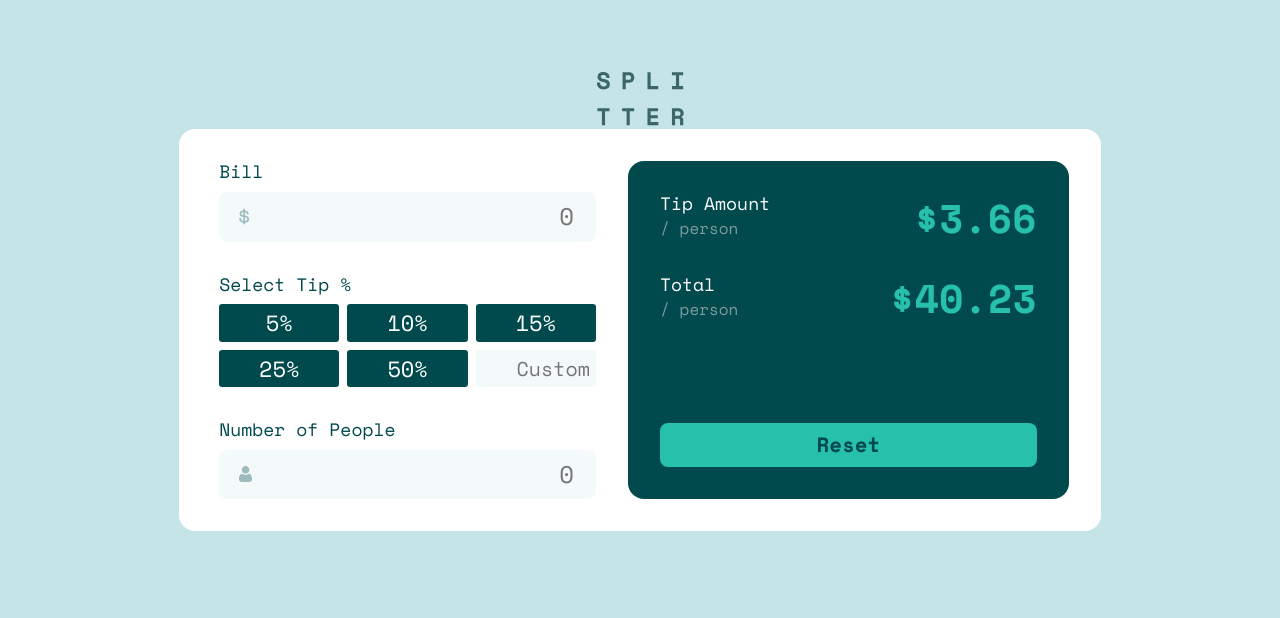
Repository: Jay-JYKim91/FM_tip-calculator
Page: index.html
An editor plug-in stored every save of this project. The page is shown before and after the next save, followed by the edit.
The browser window is 1280 px wide. The pictures show the whole page.

Above is the page before, as saved 2021-12-21 22:48:35.

### index.html
<!DOCTYPE html>
<html lang="en">
<head>
  <meta charset="UTF-8">
  <meta name="viewport" content="width=device-width, initial-scale=1.0"> <!-- displays site properly based on user's device -->

  <link rel="icon" type="image/png" sizes="32x32" href="./images/favicon-32x32.png">

  <title>Tip calculator</title>
  <link rel="preconnect" href="https://fonts.googleapis.com">
  <link rel="preconnect" href="https://fonts.gstatic.com" crossorigin>
  <link href="https://fonts.googleapis.com/css2?family=Space+Mono:wght@400;700&display=swap" rel="stylesheet">
  <link rel="stylesheet" href="https://cdnjs.cloudflare.com/ajax/libs/normalize/8.0.1/normalize.min.css" integrity="sha512-NhSC1YmyruXifcj/KFRWoC561YpHpc5Jtzgvbuzx5VozKpWvQ+4nXhPdFgmx8xqexRcpAglTj9sIBWINXa8x5w==" crossorigin="anonymous" referrerpolicy="no-referrer" />
  <link rel="stylesheet" href="style.css">
  <script src="main.js" defer></script>

</head>
<body>
  <main class="container">
    <header>
      <img src="./images/logo.svg" alt="logo">
    </header>
    <section class="calculator_wrapper">
      <article class="input_wrapper">
        <div>
          <p class="title">Bill</p>
          <div class="input_form">
            <img src="./images/icon-dollar.svg" alt="dollar">
            <input type="tel" placeholder="0" id="input">
          </div>
        </div>
        <div>
          <p class="title">Select Tip %</p>
          <div class="tip_options">
            <button class="tip_option">5%</button>
            <button class="tip_option">10%</button>
            <button class="tip_option">15%</button>
            <button class="tip_option">25%</button>
            <button class="tip_option">50%</button>
            <input type="tel" id="custom_tip" class="tip_option" placeholder="Custom" autocomplete="off">
          </div>
        </div>
        <div>
          <p class="title">Number of People</p>
          <div class="input_form">
            <img src="./images/icon-person.svg" alt="person">
            <input type="tel" placeholder="0">
          </div>
        </div>
      </article>
      <article class="result_wrapper">
        <div class="result_rows">
          <div class="result_row">
            <div class="result_title_wrapper">
              <p class="title">Tip Amount</p>
              <p class="subtitle">/ person</p>
            </div>
            <p id="tipAmountPrice" class="display_result">$3.66</p>
          </div>
          <div class="result_row">
            <div class="result_title_wrapper">
              <p class="title">Total</p>
              <p class="subtitle">/ person</p>
            </div>
            <p id="totalPrice" class="display_result">$40.23</p>
          </div>
        </div>
        <div>
          <button id="resetBtn">Reset</button>
        </div>
      </article>
    </section>
  </main>
</body>
</html>

### style.css
:root {
  --body-font: "Space Mono", monospace;

  --strong-cyan: hsl(172, 67%, 45%);
  --very-dark-cyan: hsl(183, 100%, 15%);
  --dark-grayish-cyan1: hsl(186, 14%, 43%);
  --dark-grayish-cyan2: hsl(184, 14%, 56%);
  --light-grayish-cyan1: hsl(185, 41%, 84%);
  --light-grayish-cyan2: hsl(189, 41%, 97%);
  --white: hsl(0, 0%, 100%);
}
body {
  background-color: var(--light-grayish-cyan1);
  font-family: var(--body-font);
}
.container {
  margin: 10vh 14vw;
}
header {
  text-align: center;
}
.calculator_wrapper {
  background-color: var(--white);
  display: flex;
  justify-content: space-between;
  padding: 2rem;
  border-radius: 1rem;
}
.input_wrapper {
  flex-basis: 50%;
  padding: 0 2em 0 0.5em;
}
.input_wrapper div {
  margin-bottom: 2rem;
}
.input_wrapper div:last-child {
  margin-bottom: 0;
}
.tip_options {
  display: grid;
  grid-template-columns: repeat(3, 1fr);
  grid-gap: 0.5em;
}
.tip_option {
  border: none;
  background-color: var(--very-dark-cyan);
  color: var(--white);
  font-family: var(--body-font);
  padding: 6px;
  font-size: 22px;
  border-radius: 0.2rem;
  cursor: pointer;
  transition: all 0.1s ease-in-out;
}
.tip_option:hover {
  background-color: var(--light-grayish-cyan1);
  color: var(--very-dark-cyan);
}
.tip_option:focus {
  background-color: var(--strong-cyan);
  color: var(--very-dark-cyan);
}
#custom_tip {
  width: 100%;
  background-color: var(--light-grayish-cyan2);
  box-sizing: border-box;
  text-align: right;
  font-size: 20px;
  color: var(--strong-cyan);
  caret-color: var(--strong-cyan);
}
#custom_tip:focus {
  outline: none;
  border: var(--strong-cyan) 1px solid;
}
.title {
  margin: 0 0 10px 0;
  color: var(--very-dark-cyan);
  font-size: 18px;
}
.input_form {
  display: flex;
  align-items: center;
  justify-content: space-between;
  background-color: var(--light-grayish-cyan2);
  padding: 10px 20px;
  border-radius: 0.5rem;
}
.input_form input {
  width: 90%;
  font-size: 24px;
  border: none;
  background-color: var(--light-grayish-cyan2);
  text-align: right;
  color: var(--very-dark-cyan);
  caret-color: var(--strong-cyan);
}
.input_form input:focus {
  outline: none;
}
.input_form input:focus #input {
  border: 2px solid var(--strong-cyan);
}
.result_wrapper {
  background-color: var(--very-dark-cyan);
  flex-basis: 50%;
  border-radius: 1rem;
  padding: 2em;
  display: flex;
  flex-direction: column;
  justify-content: space-between;
}
.result_title_wrapper {
  flex-basis: 40%;
}
.result_title_wrapper p {
  margin: 0 0 0.3rem 0;
}
.result_wrapper .title {
  color: var(--white);
  /* margin: 0 0 10px 0; */
}
.subtitle {
  color: var(--dark-grayish-cyan2);
}
.result_row {
  display: flex;
  align-items: center;
  justify-content: space-between;
  margin-bottom: 2rem;
}
.display_result {
  flex-basis: 60%;
  text-align: right;
  color: var(--strong-cyan);
  font-weight: 600;
  font-size: 2.5rem;
  margin: 0;
}
#resetBtn {
  border: none;
  background-color: var(--strong-cyan);
  color: var(--very-dark-cyan);
  width: 100%;
  padding: 10px;
  font-weight: 600;
  font-size: 1.3rem;
  border-radius: 0.5rem;
  cursor: pointer;
  transition: all ease-in-out 0.1s;
}
#resetBtn:hover {
  background-color: var(--light-grayish-cyan1);
}
/* Tablet size */
@media (min-width: 768px) and (max-width: 1023px) {
}

/* Mobile size */
@media (max-width: 767px) {
}

Loaded but not shown: main.js (empty)

After the next save:
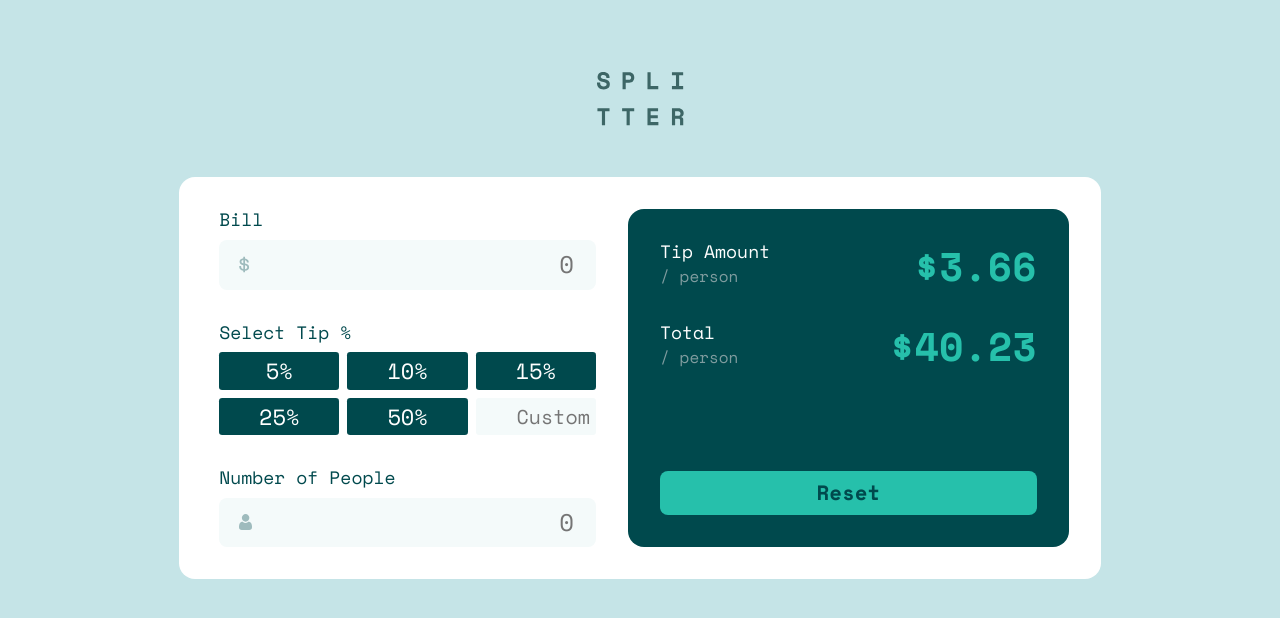
Saved 26 s later.
--- a/style.css
+++ b/style.css
@@ -18,6 +18,7 @@ body {
 }
 header {
   text-align: center;
+  margin: 3rem;
 }
 .calculator_wrapper {
   background-color: var(--white);
